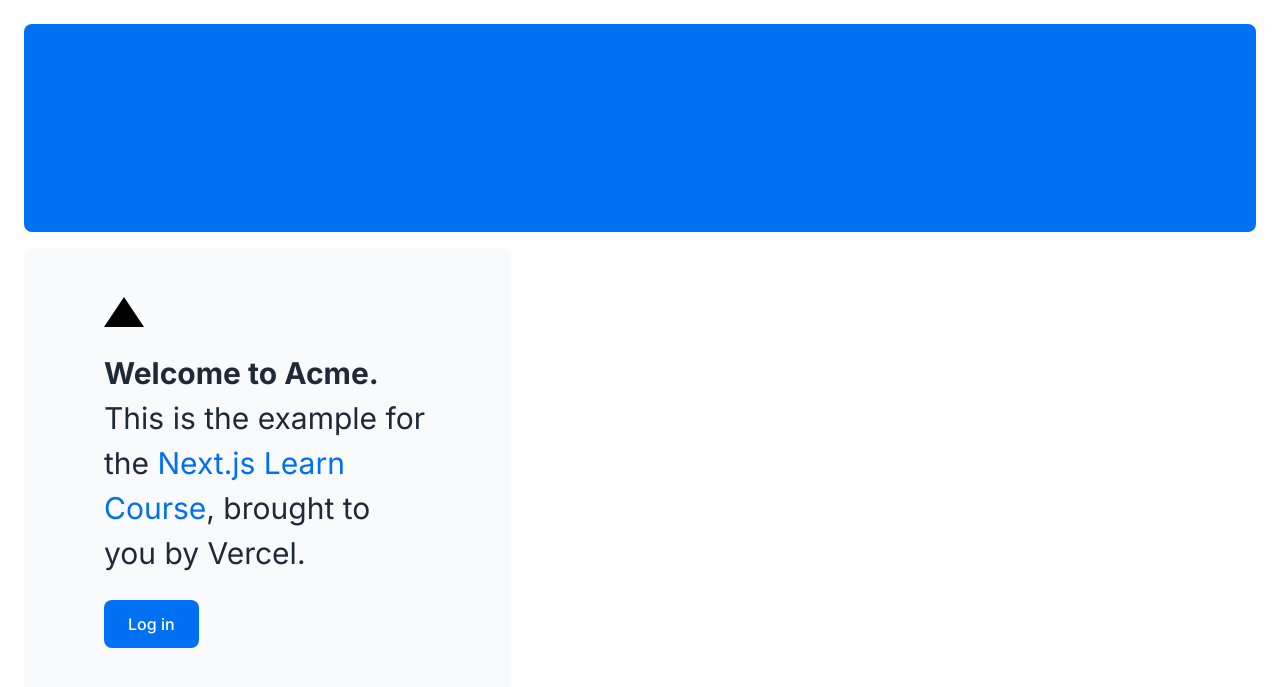
Repository: limaneto/invoices
Page: /
These files come from the project's save history. The page is drawn as it stood at one moment and after the next save; the edit follows.
The browser window is 1280 px wide. The pictures show the whole page.
Some web fonts or font styles are not loaded; a fallback is used. The project was rebuilt for these pictures with package versions that can differ from the ones it lists, and the page was loaded fresh each time. The framework's server and built-in components were replaced by stand-ins that run in the browser. Also part of the build but not shown: next.config.js.

Above is the page before, as saved 2023-11-02 14:59:47.

After the next save:
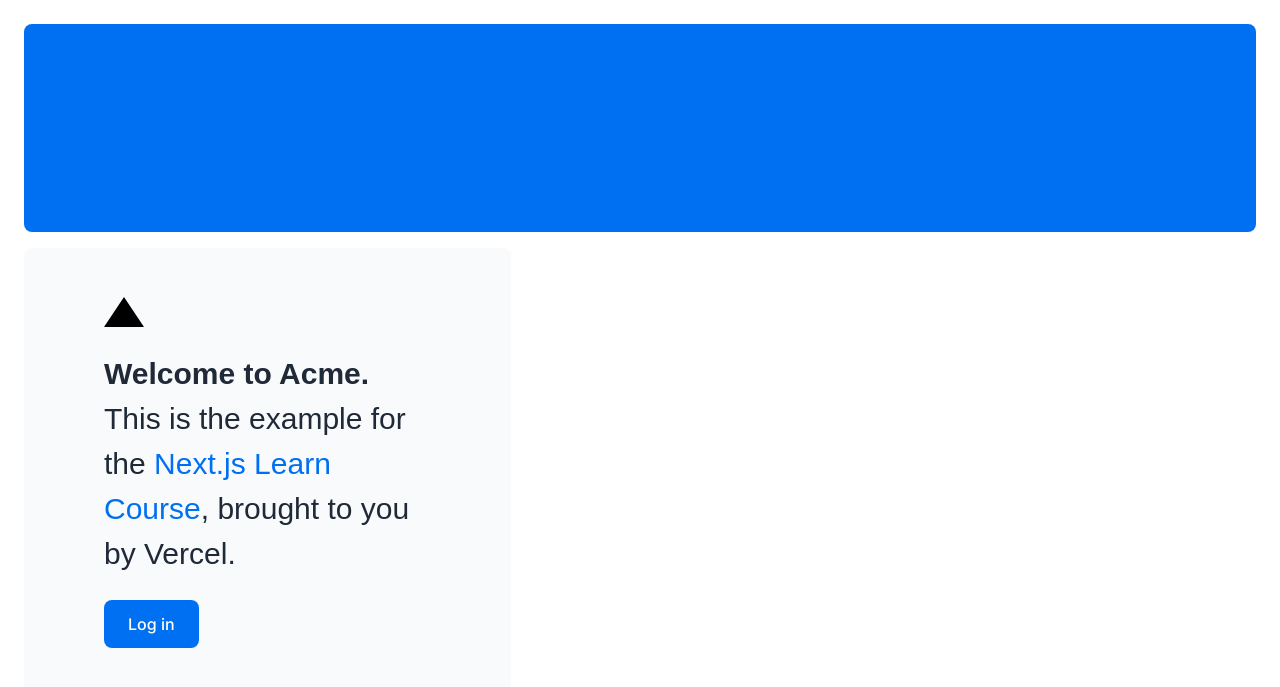
Saved 36 s later.
--- a/app/page.tsx
+++ b/app/page.tsx
@@ -1,4 +1,4 @@
-import AcmeLogo from '@/app/ui/acme-logo';
+import { lusitana } from './ui/fonts';
 
 import Link from 'next/link';
 export default function Page() {
@@ -12,7 +12,7 @@
         <div
   className="h-0 w-0 border-b-[30px] border-l-[20px] border-r-[20px] border-b-black border-l-transparent border-r-transparent"
 />
-          <p className={`text-xl text-gray-800 md:text-3xl md:leading-normal`}>
+          <p className={`${lusitana.className} text-xl text-gray-800 md:text-3xl md:leading-normal`}>
             <strong>Welcome to Acme.</strong> This is the example for the{' '}
             <a href="https://nextjs.org/learn/" className="text-blue-500">
               Next.js Learn Course
